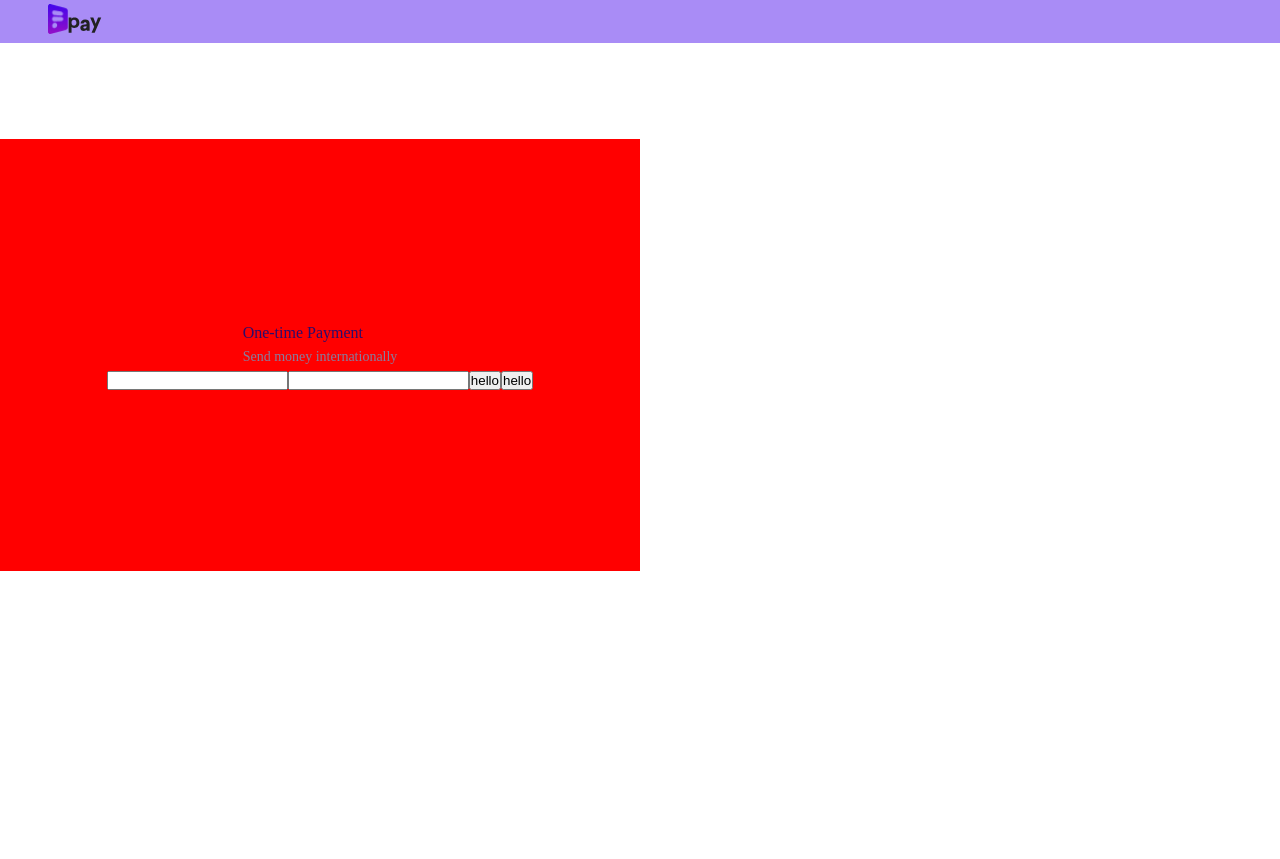
Repository: nilesjamex/fincra
Page: /
These files come from the project's save history. The page is drawn as it stood at one moment and after the next save; the edit follows.
The browser window is 1280 px wide. The pictures show the whole page.
The project was rebuilt for these pictures with package versions that can differ from the ones it lists, and the page was loaded fresh each time. The framework's server and built-in components were replaced by stand-ins that run in the browser. Also part of the build but not shown: next.config.js.

Above is the page before, as saved 2021-11-01 09:53:32.

After the next save:
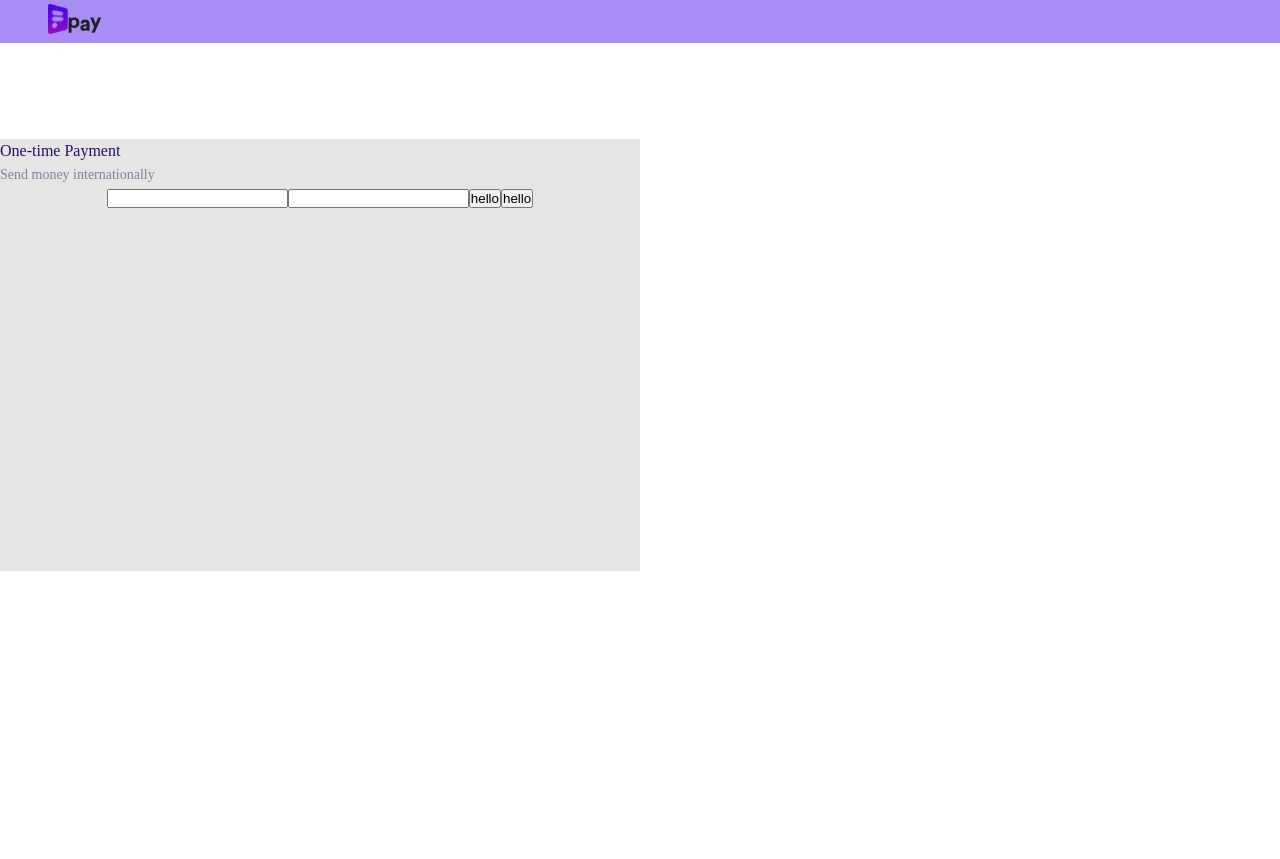
Saved 51 s later.
--- a/Components/pay.module.css
+++ b/Components/pay.module.css
@@ -1,10 +1,9 @@
 .container {
-    background-color: red;
-    flex: 1;
-  display: flex;
-  flex-direction: column;
-  justify-content: center;
-  align-items: center;
+    background-color: #E5E5E5;
+     flex-direction: column;
+    text-align: center;
+    justify-content: center;
+    align-items: center;
     width: 50vw;
     height: 60vh;
 }
